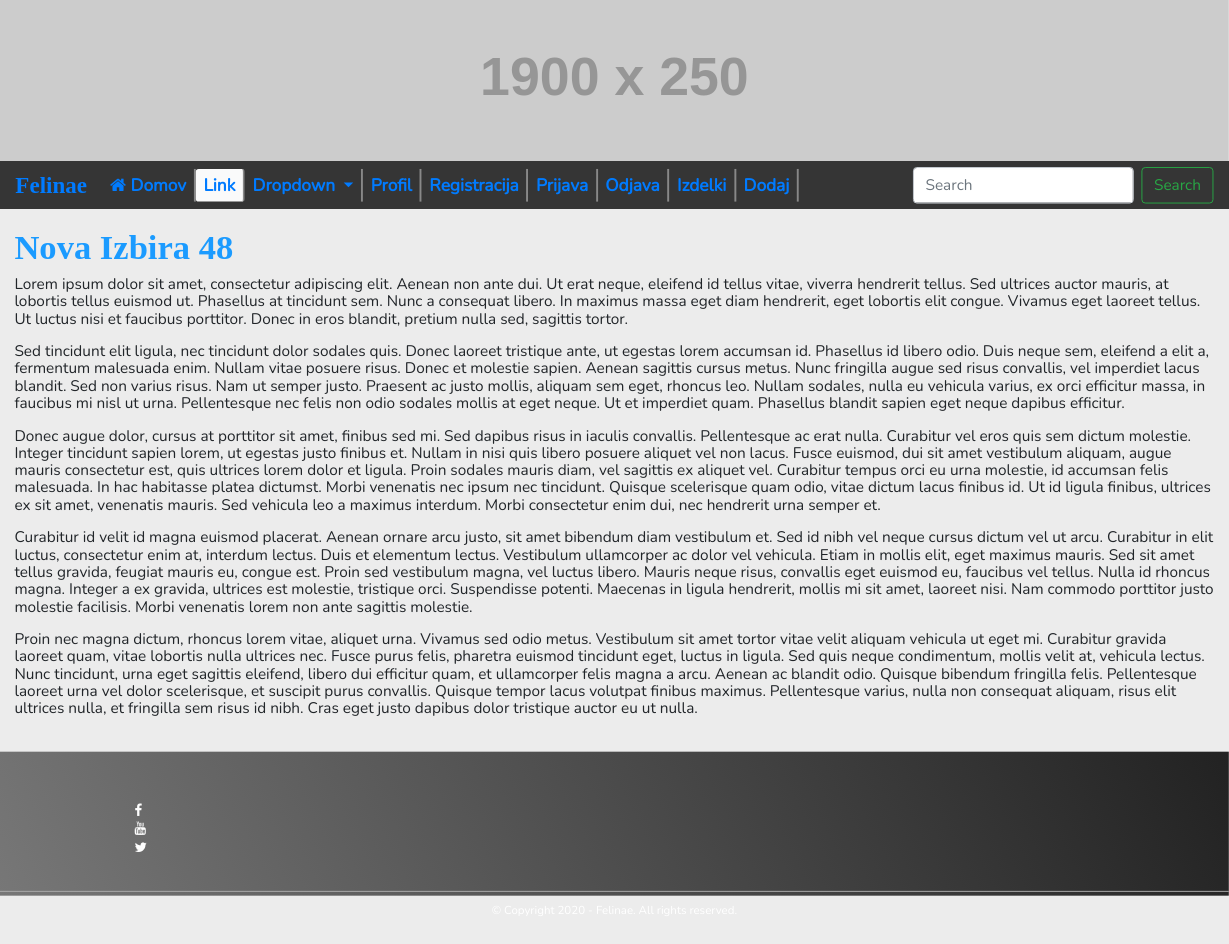
Repository: UrbyK/Felinae
Page: http://localhost/index.php?page=home
The author's editor kept a copy of each file at every save. The page is drawn from the files as they stood at one save, then again after the next save.
The browser window is 1280 px wide. The pictures show the whole page, at 96% of full size.
Some web fonts or font styles are not loaded; a fallback is used. The page is run by PHP 8.4 with error messages shown; the project is at /var/www/html/.

Above is the page before, as saved 2020-08-29 19:20:05.

### index.php
<?php
    session_start();

    include './functions.php';

    $pdo = pdo_connect_mysql();

    $_GET   = filter_input_array(INPUT_GET, FILTER_SANITIZE_STRING);
    $_POST  = filter_input_array(INPUT_POST, FILTER_SANITIZE_STRING);

    $page = isset($_GET['page']) && file_exists($_GET['page']. '.php') ? $_GET['page'] : 'home';
    include $page . '.php';

    template_footer();

?>

### functions.php
<?php
    include './includes/dbh.inc.php';

    include_once('./includes/search-functions.php');
    include_once('./includes/picture-upload.inc.php');

    function template_header($title){
        include_once('./header.php');
    }

    function template_footer(){
        include_once('./footer.php');
    }


    function countries(){
        $pdo = pdo_connect_mysql();
        $stmt = $pdo->prepare("SELECT * FROM country");
        $stmt->execute();
        $result = $stmt->fetchAll(PDO::FETCH_ASSOC);
        return $result;
    }

    function slugify($string){
        return strtolower(trim(preg_replace('/[^A-Za-z0-9-]+/', '-', $string), '-'));
    }

    function get_image($product_id){
        $pdo = pdo_connect_mysql();
        $stmt = $pdo->prepare("SELECT * FROM product_image WHERE product_id = ?");
        $stmt->execute([$product_id]);
        $result = $stmt->fetchAll(PDO::FETCH_ASSOC);
        return $result;
    }

    function retail_price($product_id){
        $pdo = pdo_connect_mysql();
        $stmt = $pdo->prepare("SELECT * FROM product WHERE ID = ?");
        $stmt->execute([$product_id]);
        $product = $stmt->fetch();

        if($product['startsAt'] <= date('Y-m-d H:i:s') && date('Y-m-d H:i:s') <= $product['endsAt']){
            $retail_price = round($product['price']-($product['price']*($product['discount']/100)), 2);
        }
        else{
            $retail_price = $product['price'];
        }

        return $retail_price;

    }

?>

### includes/dbh.inc.php
<?php
    function pdo_connect_mysql(){
        /* credentials */
        $dbHost = 'localhost';
        $dbUser = 'root';
        $dbPass = '';
        $dbName = 'felinae';

        try{
            return new PDO('mysql:host=' . $dbHost . ';dbname=' . $dbName . ';charset=utf8', $dbUser, $dbPass);
        } catch (PDOException $exception) {
            // If there is an error with the connection, stop the script and display the error.
            die ('Failed to connect to database!'. $exception->getMessage());
        }
    }
?>

### includes/search-functions.php
<?php
    function get_city($pdo, $city, $postalCode, $country_id){

        $query = "SELECT * FROM city WHERE country_id = ? AND lower(city) LIKE lower(?) AND postalCode = ?";
        $stmt = $pdo->prepare($query);
        $stmt->execute([$country_id, $city, $postalCode]);
        return $stmt;
    }
?>

### includes/picture-upload.inc.php
<?php

    function image_upload($product_id, $url, $caption, $i){

        $pdo = pdo_connect_mysql();
        $target_dir = "./uploads/";
        $relative_dir = "./uploads/";

        $change_name = date("Y-m-d-h-i-s")."-".$product_id."-".basename($url);
        $change_name;
        $target_file = $target_dir . $change_name;
        $relative_file = $relative_dir . $change_name;

        $uploadOk = 1;
        $imageFileType = strtolower(pathinfo($target_file,PATHINFO_EXTENSION));

        if(isset($_POST["submit"])) {
            $check = getimagesize($_FILES["image"]["tmp_name"][$i]);
            if($check !== false) {
                //echo "File is an image - " . $check["mime"] . ".";
                $uploadOk = 1;
            } else {
                //echo "File is not an image.";
                $uploadOk = 0;
            }
        }

        if($imageFileType != "jpg" && $imageFileType != "png" && $imageFileType != "jpeg"
        && $imageFileType != "gif" ) {
            $uploadOk = 0;
        }

        if ($uploadOk == 1) {
            if (move_uploaded_file($_FILES["image"]["tmp_name"][$i], $target_file)) {
                //vse je ok, zapišem še v bazo
                $query = "INSERT INTO product_image(product_id, image, caption) VALUES (?,?,?)";
                $stmt = $pdo->prepare($query);
                $stmt->execute([$product_id, $relative_file, $caption]);
            }
        }
    }

?>

### home.php
<?=template_header('Home')?>
<div class="row">
    <h1>Nova Izbira 48</h1>
    <p>
    Lorem ipsum dolor sit amet, consectetur adipiscing elit. Aenean non ante dui. Ut erat neque, eleifend id tellus vitae, viverra hendrerit tellus. Sed ultrices auctor mauris, at lobortis tellus euismod ut. Phasellus at tincidunt sem. Nunc a consequat libero. In maximus massa eget diam hendrerit, eget lobortis elit congue. Vivamus eget laoreet tellus. Ut luctus nisi et faucibus porttitor. Donec in eros blandit, pretium nulla sed, sagittis tortor.
    </p>
    <p>
    Sed tincidunt elit ligula, nec tincidunt dolor sodales quis. Donec laoreet tristique ante, ut egestas lorem accumsan id. Phasellus id libero odio. Duis neque sem, eleifend a elit a, fermentum malesuada enim. Nullam vitae posuere risus. Donec et molestie sapien. Aenean sagittis cursus metus. Nunc fringilla augue sed risus convallis, vel imperdiet lacus blandit. Sed non varius risus. Nam ut semper justo. Praesent ac justo mollis, aliquam sem eget, rhoncus leo. Nullam sodales, nulla eu vehicula varius, ex orci efficitur massa, in faucibus mi nisl ut urna. Pellentesque nec felis non odio sodales mollis at eget neque. Ut et imperdiet quam. Phasellus blandit sapien eget neque dapibus efficitur.
    </p>
    <p>
    Donec augue dolor, cursus at porttitor sit amet, finibus sed mi. Sed dapibus risus in iaculis convallis. Pellentesque ac erat nulla. Curabitur vel eros quis sem dictum molestie. Integer tincidunt sapien lorem, ut egestas justo finibus et. Nullam in nisi quis libero posuere aliquet vel non lacus. Fusce euismod, dui sit amet vestibulum aliquam, augue mauris consectetur est, quis ultrices lorem dolor et ligula. Proin sodales mauris diam, vel sagittis ex aliquet vel. Curabitur tempus orci eu urna molestie, id accumsan felis malesuada. In hac habitasse platea dictumst. Morbi venenatis nec ipsum nec tincidunt. Quisque scelerisque quam odio, vitae dictum lacus finibus id. Ut id ligula finibus, ultrices ex sit amet, venenatis mauris. Sed vehicula leo a maximus interdum. Morbi consectetur enim dui, nec hendrerit urna semper et.
    </p>
    <p>
    Curabitur id velit id magna euismod placerat. Aenean ornare arcu justo, sit amet bibendum diam vestibulum et. Sed id nibh vel neque cursus dictum vel ut arcu. Curabitur in elit luctus, consectetur enim at, interdum lectus. Duis et elementum lectus. Vestibulum ullamcorper ac dolor vel vehicula. Etiam in mollis elit, eget maximus mauris. Sed sit amet tellus gravida, feugiat mauris eu, congue est. Proin sed vestibulum magna, vel luctus libero. Mauris neque risus, convallis eget euismod eu, faucibus vel tellus. Nulla id rhoncus magna. Integer a ex gravida, ultrices est molestie, tristique orci. Suspendisse potenti. Maecenas in ligula hendrerit, mollis mi sit amet, laoreet nisi. Nam commodo porttitor justo molestie facilisis. Morbi venenatis lorem non ante sagittis molestie.
    </p>
    <p>
    Proin nec magna dictum, rhoncus lorem vitae, aliquet urna. Vivamus sed odio metus. Vestibulum sit amet tortor vitae velit aliquam vehicula ut eget mi. Curabitur gravida laoreet quam, vitae lobortis nulla ultrices nec. Fusce purus felis, pharetra euismod tincidunt eget, luctus in ligula. Sed quis neque condimentum, mollis velit at, vehicula lectus. Nunc tincidunt, urna eget sagittis eleifend, libero dui efficitur quam, et ullamcorper felis magna a arcu. Aenean ac blandit odio. Quisque bibendum fringilla felis. Pellentesque laoreet urna vel dolor scelerisque, et suscipit purus convallis. Quisque tempor lacus volutpat finibus maximus. Pellentesque varius, nulla non consequat aliquam, risus elit ultrices nulla, et fringilla sem risus id nibh. Cras eget justo dapibus dolor tristique auctor eu ut nulla.
    </p>
</div>

<?=template_footer()?>

### header.php
<!DOCTYPE html>
<html>
    <head>
        <meta charset="utf-8" content="text/html"/>
        <meta name="viewport" content="width=device-width, intital-scale=1.0"/>

        <!-- JavaScript -->
        <script src="https://code.jquery.com/jquery-3.5.1.js" integrity="sha256-QWo7LDvxbWT2tbbQ97B53yJnYU3WhH/C8ycbRAkjPDc=" crossorigin="anonymous"></script>
        <!-- Boostrap -->
            <!-- CSS -->
        <link rel="stylesheet" href="https://stackpath.bootstrapcdn.com/bootstrap/4.5.0/css/bootstrap.min.css"
            integrity="sha384-9aIt2nRpC12Uk9gS9baDl411NQApFmC26EwAOH8WgZl5MYYxFfc+NcPb1dKGj7Sk" crossorigin="anonymous" />

            <!-- JavaScript -->
        <script src="https://stackpath.bootstrapcdn.com/bootstrap/4.5.0/js/bootstrap.bundle.min.js"
             integrity="sha384-1CmrxMRARb6aLqgBO7yyAxTOQE2AKb9GfXnEo760AUcUmFx3ibVJJAzGytlQcNXd" crossorigin="anonymous"></script>

        <!-- FONTAWESOME -->
        <link rel="stylesheet" href="https://stackpath.bootstrapcdn.com/font-awesome/4.7.0/css/font-awesome.min.css" integrity="sha384-wvfXpqpZZVQGK6TAh5PVlGOfQNHSoD2xbE+QkPxCAFlNEevoEH3Sl0sibVcOQVnN"
         crossorigin="anonymous">

         <script src="./js/active-menu.js" crossorigin="anonymous"></script>

         <!--CUSTOM CSS-->
         <link rel="stylesheet" href="./css/style.css">

        <title>Felinae</title>
    </head>

    <body>

        <header>
            <div class="banner"><img src="https://via.placeholder.com/1900x250" alt="banner"></div>
        </header>

       <!-- <nav class="navbar sticky-top navbar-expand-lg navbar-light bg-light ">-->
        <nav class="navbar sticky-top navbar-expand-lg">
            <a class="navbar-brand" href="#">Felinae</a>
            <button class="navbar-toggler ml-auto custom-toggler" type="button" data-toggle="collapse" data-target="#navbarSupportedContent" aria-controls="navbarSupportedContent" aria-expanded="false" aria-label="Toggle navigation">
                <span class="navbar-toggler-icon"></span>
            </button>

            <div class="collapse navbar-collapse" id="navbarSupportedContent">

                <ul class="navbar-nav mr-auto">
                    <li class="nav-item">
                        <a class="nav-link" href="./index.php"><i class="fa fa-home" aria-hidden="true"></i> Domov <span class="sr-only">(current)</span></a>
                    </li>
                    <li class="nav-item">
                        <a class="nav-link" href="./index.php?page=home">Link</a>
                    </li>
                    <li class="nav-item dropdown" >
                        <a class="nav-link dropdown-toggle" href="#" id="navbarDropdown" role="button" data-toggle="dropdown" aria-haspopup="true" aria-expanded="false">
                        Dropdown
                        </a>
                        <div class="dropdown-menu" aria-labelledby="navbarDropdown">
                        <a class="dropdown-item" href="#">Action</a>
                        <a class="dropdown-item" href="#">Another action</a>
                        <div class="dropdown-divider"></div>
                        <a class="dropdown-item" href="#">Something else here</a>
                        </div>
                    </li>

                    <li class="nav-item">
                        <a class="nav-link" href="./index.php?page=profile">Profil</a>
                    </li>
                    <li class="nav-item">
                        <a class="nav-link" href="./index.php?page=register-user">Registracija</a>
                    </li>
                    <li class="nav-item">
                        <a class="nav-link" href="./index.php?page=login">Prijava</a>
                    </li>
                    <li class="nav-item">
                        <a class="nav-link" href="./index.php?page=logout">Odjava</a>
                    </li>
                    <li class="nav-item">
                        <a class="nav-link" href="./index.php?page=products">Izdelki</a>
                    </li>
                    <li class="nav-item">
                        <a class="nav-link" href="./index.php?page=product-add">Dodaj</a>
                    </li>

                </ul>

                <form class="form-inline my-2 my-lg-0">
                    <input class="form-control mr-sm-2" type="search" placeholder="Search" aria-label="Search">
                    <button class="btn btn-outline-success my-2 my-sm-0" type="submit">Search</button>
                </form>

            </div>
        </nav>

    <div class="container-fluid">

### footer.php
    </div><!-- class="container-fluid" --->

        <footer class="page-footer font-small flow-footer" id="footer" role="contentinfo">
            <div class="footer-wrapper">
                <div class="container container-footer">
                    <div class="row">
                        <div class="col-12">
                            <ul class="social-network social-circle">
                                <li><a href="https://www.facebook.com" target="_blank" class="icoFacebook" title="Facebook"><i class="fa fa-facebook-f"></i></a></li>
                                <li><a href="https://www.linkedin.com" target="_blank" class="icoLinkedin" title="Linkedin"><i class="fab fa-linkedin-in"></i></a></li>
                                <li><a href="https://www.youtube.com" target="_blank" class="icoYoutube" title="Youtube"><i class="fa fa-youtube"></i></a></li>
                                <li><a href="https://twitter.com" target="_blank" class="icoTwitter" title="Twitter"><i class="fa fa-twitter"></i></a></li>
                            </ul>
                            </div>
                        </div>
                    </div>
                    <div class="row">
                        <div class="col-12 copy">
                            <p class="text-center">&copy; Copyright 2020 - Felinae.  All rights reserved.</p>
                        </div>
                    </div>
                </div>
            </div>
        </footer>





    </body>
</html>

### js/active-menu.js
$(function(){
    // this will get the full URL at the address bar
    var url = window.location.href;

    // passes on every "a" tag
    $(".navbar a").each(function() {
            // checks if its the same on the address bar
        if(url === (this.href)) {
            $(this).closest("li").addClass("active");
        }
    });
});

### css/style.css
@import url('http://fonts.googleapis.com/css?family=Oxygen+Mono');
@import url('https://fonts.googleapis.com/css?family=Damion|Neucha|Pacifico|Yellowtail&display=swap');
@import url('https://fonts.googleapis.com/css2?family=Crimson+Text&family=Nunito&family=Overlock&family=Source+Sans+Pro&display=swap');
@import url('https://fonts.googleapis.com/css2?family=Love+Ya+Like+A+Sister&display=swap');

*{
    text-decoration: none;
    list-style: none;
}

body{
    padding: 0;
    margin: 0 auto;
    font-size: 16px;
    line-height: 1.125em;
    font-family: 'Nunito', 'Source Sans Pro', sans-serif;
    background-color: #ececec;
    height: 100%;
}

h1, h2, h3, h4, h5, h6{
    font-family: 'Overlock', 'Crimson Text', cursive, serif;
    color: #1b9bff;
    font-weight: 550;
    line-height: 1.125em;
}

h1{
    font-size: 36px;
}
h2{
    font-size: 32px;
}
h3{
    font-size: 28px;
}
h4{
    font-size: 24px;
}
h5{
    font-size: 20px;
}
h6{
    font-size: 16px;
}

.container, .container-fluid{
  height: 100%;
  min-height: 100%;
}

/* BANNER */

@media all and (max-width: 800px){
  .banner{
     display: none;
  }
}

.banner img{
    width: 100%;
    height: auto;
}

/*NAVBAR*/
.navbar{
    background-color: rgb(53,53,53);
    font-size: 18px;
    font-weight: 600;
    max-height: 50px;
}

.navbar-brand{
    font-size: 24px;
    font-family: 'Love Ya Like A Sister','Overlock';
    font-weight: 800;

}

.custom-toggler .navbar-toggler-icon {
    background-image: url("data:[embedded picture, 239 characters]");
  }

  .custom-toggler, .navbar-toggler {
    border-color: rgb(27, 155, 255);
    border-width: 2px;
  }

  .active{
    background-color: #FAFAFA;
    border-radius: 3px;
  }
.navbar-nav .nav-item{
    border-right: 2px solid #888;
}

/*=======FOOTER=========*/
footer {
  background: #535355;
  background: -webkit-linear-gradient(63deg, #777777, #222222);
  background: linear-gradient(63deg, #777777, #222222);
  color: white;
  height: 150px;
  position: relative;
  width: 100%;
}

footer a {
  color: #fefefe;
  font-size: 14px;
  transition-duration: 0.2s;
}

footer a:hover {
  color: #1b9bff;
  text-decoration: none;
}

.copy {
  font-size: 12px;
  padding: 10px;
  border-top: 1px solid #aaa;
}

.footer-wrapper {
  padding-top: 2em;
  color: white;
}



/*REGISTER/LOGIN FORM*/

.my-form .hint{
    font-size: 10px;
}

/*======PRODUCT ADD======*/
.form-group .col #charNum{
  float: right;
}

/*======== HOVERBOX ==============*/
/* displays text when you hover over the image */
.hvrbox,
.hvrbox * {
  box-sizing: border-box;
}

.hvrbox {
  position: relative;
  display: inline-block;
  overflow: hidden;

  height: 100%;
  width: auto;
  margin-top: 5%;
  padding-bottom: 10px;

  border-bottom: 1px dashed #aaa;
}

.hvrbox img {
  max-width: 100%;
  margin: auto;
}

.hvrbox .hvrbox-layer_bottom {
  display: block;
}

.hvrbox .hvrbox-layer_top {
  opacity: 0;
  position: absolute;
  top: 0;
  left: 0;
  right: 0;
  bottom: 0;
  width: 100%;
  height: 100%;
  background: rgba(0, 0, 0, 0.6);
  color: #fff;
  padding: 15px;
  -moz-transition: all 0.5s ease-in-out 0s;
  -webkit-transition: all 0.5s ease-in-out 0s;
  -ms-transition: all 0.5s ease-in-out 0s;
  transition: all 0.5s ease-in-out 0s;
}

.hvrbox:hover .hvrbox-layer_top,
.hvrbox.active .hvrbox-layer_top {
  opacity: 1;
  height: 100%;
}

.hvrbox .hvrbox-text {
  text-align: center;
  font-size: 17px;
  display: inline-block;
  position: absolute;
  top: 50%;
  left: 50%;
  -moz-transform: translate(-50%, -50%);
  -webkit-transform: translate(-50%, -50%);
  -ms-transform: translate(-50%, -50%);
  transform: translate(-50%, -50%);
}

.hvrbox .hvrbox-text_mobile {
  font-size: 15px;
  border-top: 1px solid rgb(179, 179, 179); /* for old browsers */
  border-top: 1px solid rgba(179, 179, 179, 0.7);
  margin-top: 5px;
  padding-top: 2px;
  display: none;
}

.hvrbox.active .hvrbox-text_mobile {
  display: block;
}

.hvrbox .hvrbox-layer_slideup {
  -moz-transform: translateY(100%);
  -webkit-transform: translateY(100%);
  -ms-transform: translateY(100%);
  transform: translateY(100%);
}

.hvrbox:hover .hvrbox-layer_slideup,
.hvrbox.active .hvrbox-layer_slideup {
  -moz-transform: translateY(0);
  -webkit-transform: translateY(0);
  -ms-transform: translateY(0);
  transform: translateY(0);
}

.hvrbox:hover .price{
  color: #fff;
  -moz-transition: color 0.8s ease 0s;
  -webkit-transition: color 0.8s ease 0s;
  -ms-transition: color 0.8s ease 0s;
  transition: color 0.8s ease 0s;
}

/*========PRODUCTS=========*/
.card-btn form input{
  max-width: 250px;
  width: 100%;
}

form input[type="number"] {
  width: 100%;
	padding: 10px;
	margin-bottom: 15px;
	border: 1px solid #aaa;
	color: #555555;
  border-radius: 5px;
  -moz-appearance: textfield;
}

form input[type="submit"] {
	background-color: #1b9bff;;
	border: 0;
	color: #FFFFFF;
	width: 100%;
	padding: 12px 0;
	text-transform: uppercase;
	font-size: 14px;
	font-weight: bold;
	border-radius: 5px;
  cursor: pointer;

}

form input[type="submit"]:hover {
	background-color: #1a5f94;;
}


.product-item {
  background-color: #fff;
  border: 1px solid black;
}

.product-name{
  font-size: 16px;
  /*padding-top: 15px;*/
  font-weight: bold;
  color: #1b9bff;
  font-family: 'Franklin Gothic Medium', 'Arial Narrow', Arial, sans-serif;
}

.product-name:hover{
color: #1a5f94;
}



/* THUMBNAIL FOR IMAGE PREVIEW ON PRODUCTS*/
.img-thumbnail{
  max-height: 100%;
  height: auto;
  width: auto;
}

.row{
  margin: 20px auto;
}


/* CARD */
.products-preview{
  max-height: 450px;
}

.products-preview-body{
  height: 200px;

}

.products-preview-body ul{
  list-style: none;
  padding: 0;
}
/*
.products-preview-body span {
  position: relative;
  display: block;
}*/

/*==products prices==*/
.card-btn{
  margin: 20px auto;
}

.price{
  font-weight: bold;
  font-size: 20px;
  color: #3f3f3f;
  }

.old-price{
  font-size: 20px;
  margin: 0 5px;
  font-weight: normal;
  color: #777;
}

.discount{
  font-size: 18px;
  color: #eee;
  font-weight: 900;
  border: 2px solid #009900;
  border-radius: 50%;
  background-color: #009900;
  margin: 3px;
  padding: 5px;
  float: right;
  text-decoration: none;
}

del, .old-price{
  text-decoration: line-through;
}

input[type=submit]:disabled{
  background-color: #346081;
}

.product-picture{
  display: flex;
  align-items: center;
  justify-content: center;
}

.product-picture img{
  align-items: center;
  justify-content: center;
  max-width: 100%;
  margin: auto;
  border: 2px solid #aaa;
  max-height: 650px;
  /*border-radius: 50px;*/
}



.product-info{
  margin: auto 0;
  padding-right: 5%;
  padding-bottom: 55px;
  background-color: #efefef;
}

.product-info h1 {
	font-size: 34px;
	font-weight: normal;
	margin: 0;
  padding: 20px 0 10px 0;
  color: #1b9bff;
  font-family:  'Franklin Gothic Medium', 'Arial Narrow', Arial, sans-serif;
}

.product-info .price {
	display: block;
	font-size: 22px;
}

.product-info form {
	display: flex;
	flex-flow: column;
  margin: 40px 0;
}

.product-info form input,
.card-btn form input{
  max-width: 250px;
  width: 100%;
}

.product-info form input[type="number"],
.card-btn form input[type="number"],
.cart form input[type="number"] {
  width: 100%;
	padding: 10px;
	margin-bottom: 15px;
	border: 1px solid #aaa;
	color: #555555;
  border-radius: 5px;
  -moz-appearance: textfield;
}

.product-info form input[type="submit"],
.card-btn form input[type="submit"] {
	background-color: #1b9bff;;
	border: 0;
	color: #FFFFFF;
	width: 100%;
	padding: 12px 0;
	text-transform: uppercase;
	font-size: 14px;
	font-weight: bold;
	border-radius: 5px;
  cursor: pointer;

}
.product-info form input[type="submit"]:hover,
.card-btn form input[type="submit"]:hover {
	background-color: #1a5f94;;
}
/*
.product-price .old-price{
  float: left;
}
*/
li .discount{
  float: none;
  text-decoration: none !important;
}

.product-price .retail-price{
  font-size: 38px;
  margin-top: 24px;
}

/*===CAROUSEL===*/
.carousel-control:hover{
  background-color: rgba(51, 51, 51, 0.5);
}

.carousel-inner {
  margin: auto 0;
}

.sales-date{
  margin-bottom: 10px;
  font-size: 18px;
  color: #009900;
}

.whitespace{
  white-space: pre-wrap;
}

.products-preview{
  margin: 5px auto;
}

.measurements{
  white-space: nowrap;
}

.measurements li{
  display: inline;
}


/*======FOOTER======*/

After the next save:
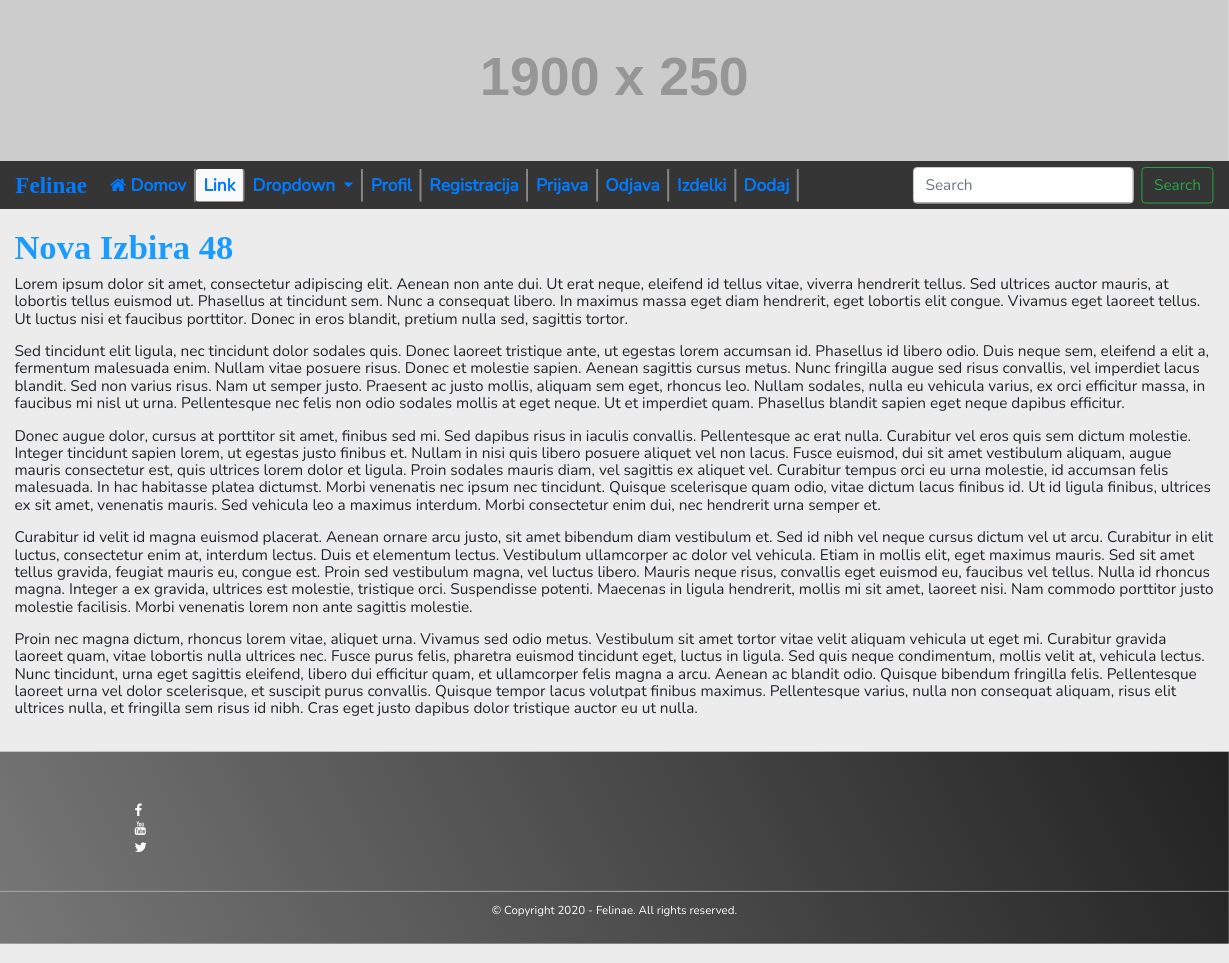
Saved 22 s later.
--- a/css/style.css
+++ b/css/style.css
@@ -100,7 +100,7 @@ footer {
   background: -webkit-linear-gradient(63deg, #777777, #222222);
   background: linear-gradient(63deg, #777777, #222222);
   color: white;
-  height: 150px;
+  height: auto;
   position: relative;
   width: 100%;
 }
